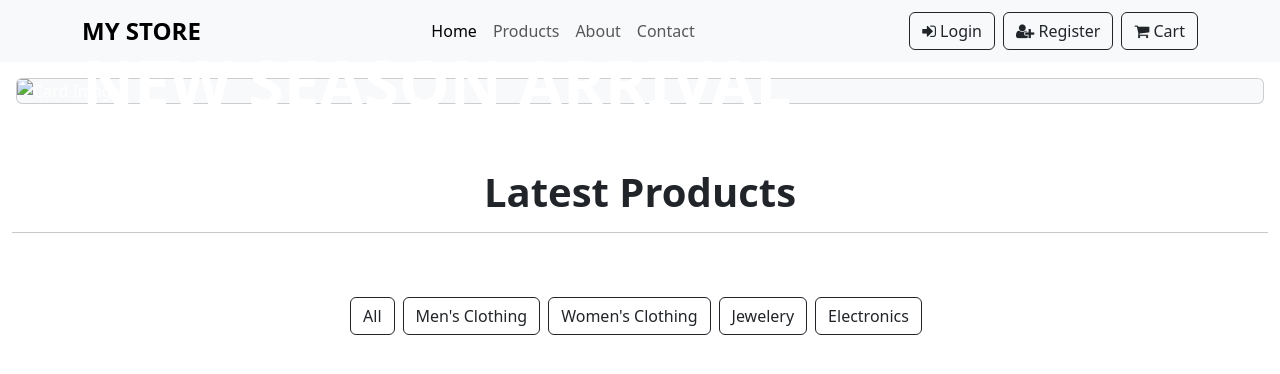
Repository: asad3407886839/E-commerce-Store
Page: /products (app in vite-project/)
An editor plug-in stored every save of this project. The page is shown before and after the next save, followed by the edit.
The browser window is 1280 px wide. The pictures show the whole page.
The page's requests for data from a server got no answer. The project was rebuilt for these pictures with package versions that can differ from the ones it lists, and the page was loaded fresh each time. No one was signed in, and anything a server would have sent is missing. Also part of the build but not shown: vite-project/vite.config.js, vite-project/src/index.css.

Above is the page before, as saved 2024-06-29 19:49:27.

After the next save:
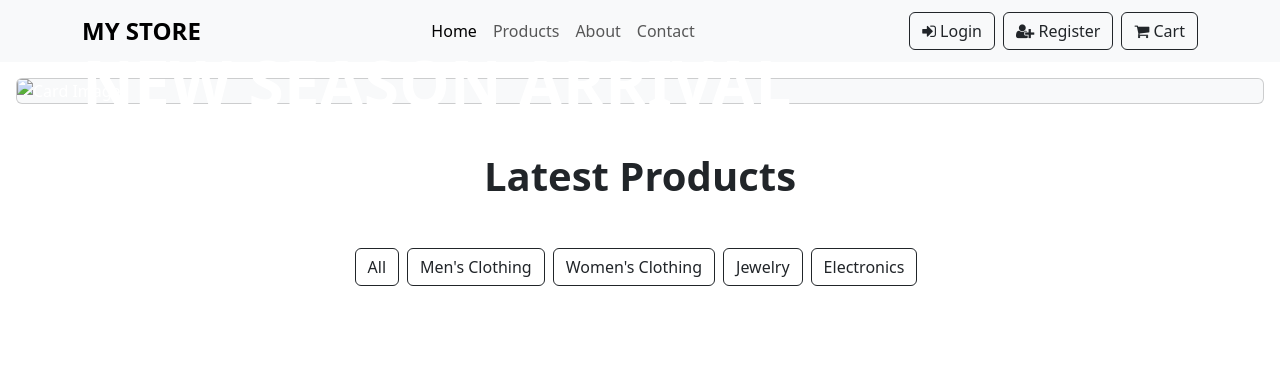
Saved 2 min 13 s later.
--- a/vite-project/src/components/Products.jsx
+++ b/vite-project/src/components/Products.jsx
@@ -29,28 +29,28 @@ const Products = () => {
   }, []);
 
   if (loading) {
-    return <div>Loading...</div>;
+    return <div className="mx-5 my-5">Loading...</div>;
   }
 
   const showProducts = () => {
     return (
       <>
-        <div className="buttons d-flex justify-content-center mb-5 pb-5">
-          <button className="btn btn-outline-dark me-2" onClick={() => setData(data)}>All</button>
-          <button className="btn btn-outline-dark me-2" onClick={() => setData(data.filter(product => product.category === "men's clothing"))}>Men's Clothing</button>
-          <button className="btn btn-outline-dark me-2" onClick={() => setData(data.filter(product => product.category === "women's clothing"))}>Women's Clothing</button>
-          <button className="btn btn-outline-dark me-2" onClick={() => setData(data.filter(product => product.category === 'jewelery'))}>Jewelery</button>
-          <button className="btn btn-outline-dark me-2" onClick={() => setData(data.filter(product => product.category === 'electronics'))}>Electronics</button>
+        <div className="buttons d-flex justify-content-center mb-3">
+          <button className="btn btn-outline-dark me-2">All</button>
+          <button className="btn btn-outline-dark me-2">Men's Clothing</button>
+          <button className="btn btn-outline-dark me-2">Women's Clothing</button>
+          <button className="btn btn-outline-dark me-2">Jewelry</button>
+          <button className="btn btn-outline-dark me-2">Electronics</button>
         </div>
         <div className="row row-cols-1 row-cols-md-3 g-3">
           {data.map((product) => (
-            <div key={product.id} className="col-12 col-md-3 mb-4">
+            <div key={product.id} className="col-12 col-md-4 mb-3">
               <div className="card text-center p-3">
                 <img
                   src={product.image}
                   className="card-img-top"
                   alt={product.title}
-                  height="250px"
+                  style={{ maxHeight: '250px' }}
                 />
                 <div className="card-body">
                   <h5 className="card-title">{product.title}</h5>
@@ -68,14 +68,9 @@ const Products = () => {
   };
 
   return (
-    <div className="container-fluid my-15 py-5 m-auto">
-      <div className="row">
-        <div className="col-12 mb-5">
-          <h1 className="display-6 fw-bolder text-center">Latest Products</h1>
-          <hr />
-        </div>
-      </div>
-      <div className="row justify-content-center">
+    <div className="container-fluid my-5">
+      <h1 className="display-6 fw-bolder text-center mb-4">Latest Products</h1>
+      <div className="mx-5 my-5">
         {showProducts()}
       </div>
     </div>
